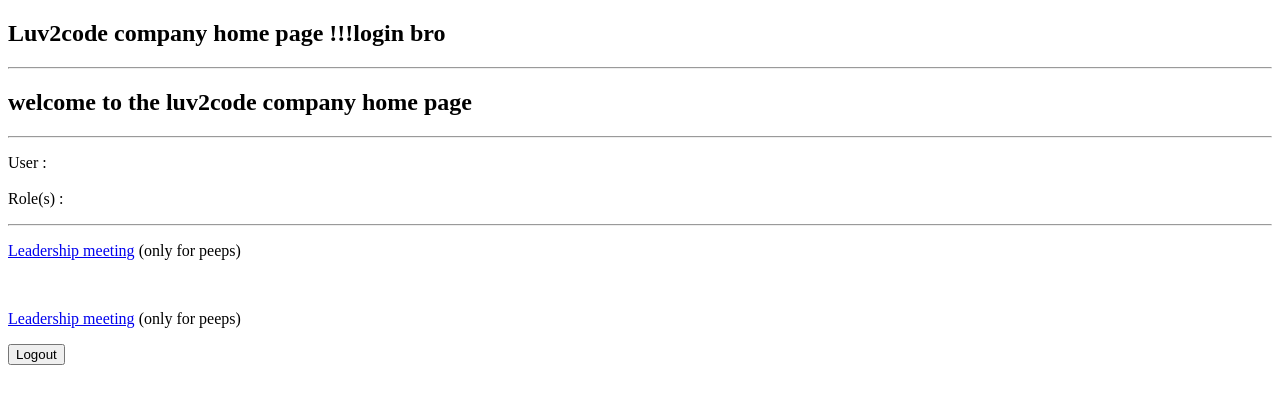
Repository: lalitkoli11121998/SpringProject
Page: http://localhost/spring-security-demo03-custom-login-form/WEB-INF/view/home.jsp
The author's editor kept a copy of each file at every save. The page is drawn from the files as they stood at one save, then again after the next save.
The browser window is 1280 px wide. The pictures show the whole page.
The page is served by Tomcat 9. Nobody is signed in. The template is opened directly, without the code that normally fills it, so the values that code supplies are empty.

Above is the page before, as saved 2021-05-20 21:34:46.

After the next save:
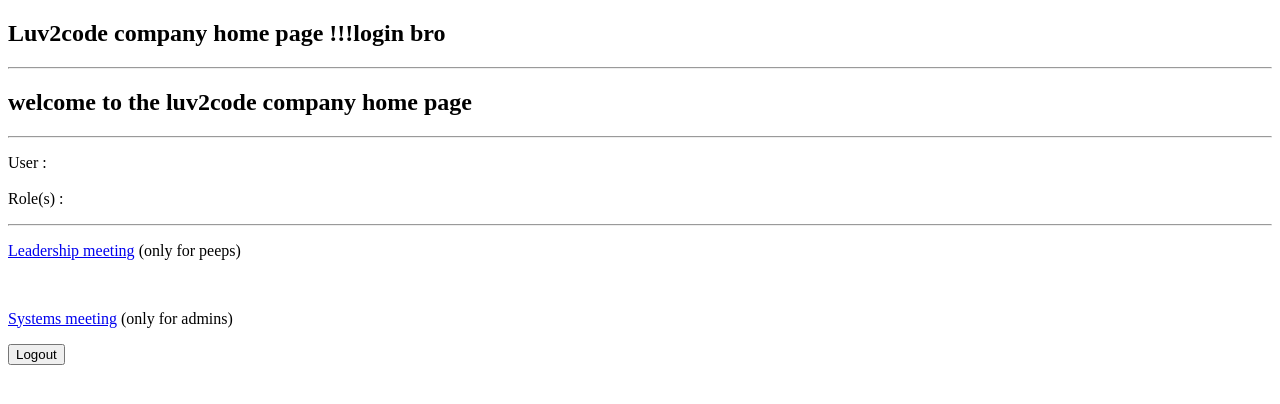
Saved 41 s later.
--- a/spring-security-demo03-custom-login-form/src/main/webapp/WEB-INF/view/home.jsp
+++ b/spring-security-demo03-custom-login-form/src/main/webapp/WEB-INF/view/home.jsp
@@ -28,8 +28,8 @@
     </p>
     <br>
      <p>
-       <a href ="${pageContext.request.contextPath}/admins">Leadership meeting</a>
-       (only for peeps)
+       <a href ="${pageContext.request.contextPath}/admins">Systems meeting</a>
+       (only for admins)
     </p>
     <form:form action = "${pageContext.request.contextPath}/logout" method ="POST">
 
